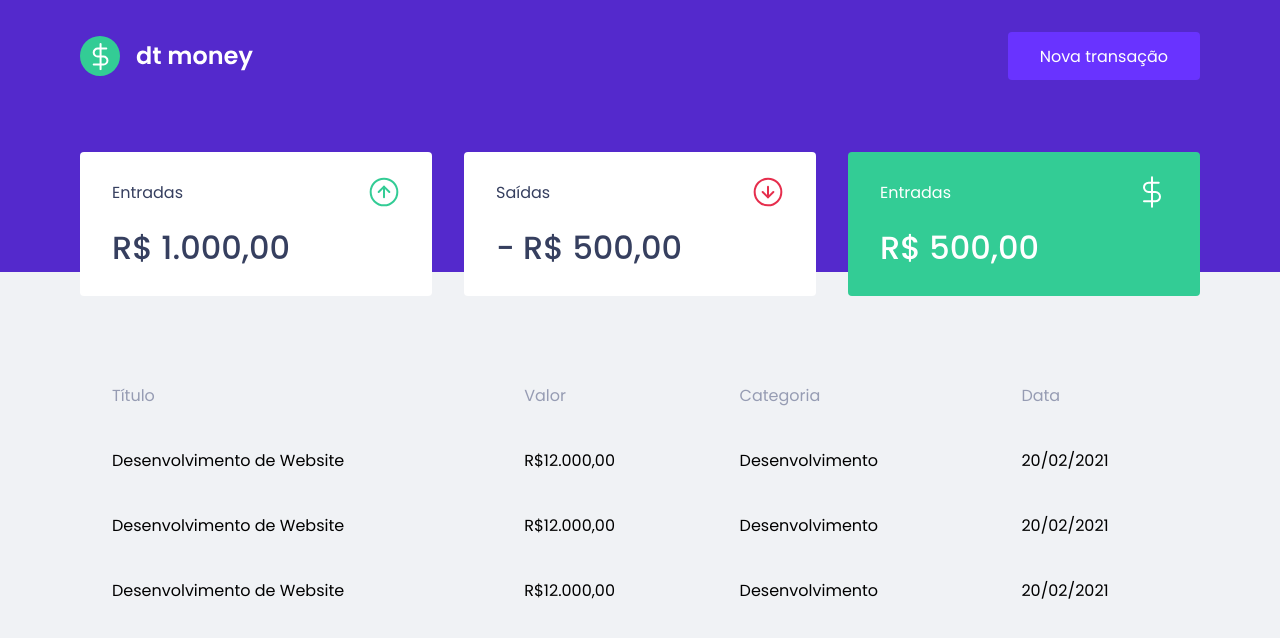
Repository: lucaslopesdevv/dtmoney
Page: /
An editor plug-in stored every save of this project. The page is shown before and after the next save, followed by the edit.
The browser window is 1280 px wide. The pictures show the whole page.
The project was rebuilt for these pictures with package versions that can differ from the ones it lists, and the page was loaded fresh each time.

Above is the page before, as saved 2021-12-06 22:07:15.

### public/index.html
<!DOCTYPE html>
<html lang="en">
  <head>
    <link rel="preconnect" href="https://fonts.googleapis.com">
    <link rel="preconnect" href="https://fonts.gstatic.com" crossorigin>
    <meta charset="utf-8" />
    <meta name="viewport" content="width=device-width, initial-scale=1" />

<Link rel="shortcut icon" href="favicon.png" type="image/png"/>

    <title>Dtmoney</title>
    <link href="https://fonts.googleapis.com/css2?family=Poppins:wght@400;500;600&family=Roboto:wght@400;700&display=swap" rel="stylesheet">


  </head>
  <body>
    <noscript>You need to enable JavaScript to run this app.</noscript>
    <div id="root"></div>
  </body>
</html>

### src/App.tsx

import { Dashboard } from "./components/Header/Dashboard";
import { Header } from "./components/Header/index";
import { GlobalStyle } from "./styles/global";

export function App() {
  return (
    <>
      <Header />
      <Dashboard />
      <GlobalStyle />
    </>
  );
}

### src/components/Header/Dashboard/index.tsx
import { Summary } from '../../Summary';
import { TransactionsTable } from '../../TransactionsTable';

import { Container } from './styles';


export function Dashboard() {
    return (
        <Container>
            <Summary />
            <TransactionsTable/>
        </Container>
    );
}

### src/components/Header/index.tsx
import logoImg from '../../assets/logo.svg';
import { Container, Content } from './styles';

export function Header() {
    return (
        <Container>
            <Content>
                <img src={logoImg} alt="dt money" />
                <button type="button">
                    Nova transação
                </button>
            </Content>
        </Container>
    )
}

### src/styles/global.ts
import { createGlobalStyle } from 'styled-components';

export const GlobalStyle = createGlobalStyle`
:root {
    --background: #F0F2F5;
    --red: #e52e4d;
    --green: #33cc95;
    --blue: #5429cc;
    --blue-light: #6933ff;

    --text-title: #363f5f;
    --text-teste: #969cb3;

    --shape: #ffffff;
}
    *{
        margin: 0;
        padding: 0;
        box-sizing: boder-box;
    }

/*font-size: 16px (Desktop)*/

html {
    @media (max-width: 1080px){
        font-size: 93.75%; /*15px*/
    }

    @media (max-width: 720px){
        font-size: 87.5%; /*14px*/
    }
}

    body {
        background-color: var(--background);
        -webkit-font-smoothing: antialiased;
    }

    body, input, textarea, button {
        font-family: 'Poppins', sans-serif;
        font-weight: 400;
    }

    h1, h2, h3, h4, h5, h6, strong{
        font-weight: 600;
    }

    button{
        cursor: pointer;
    }

    [disabled] {
        opacity: 0.6;
        cursor: not-allowed;
    }


`

### src/components/Summary/index.tsx
import incomeImg from '../../assets/income.svg';
import outcomeImg from '../../assets/outcome.svg';
import totalImg from '../../assets/total.svg';

import { Container } from './styles';

export function Summary() {
    return (
        <Container>
            <div>
                <header>
                    <p>Entradas</p>
                    <img src={incomeImg} alt="Entradas" />
                </header>
                <strong>R$ 1.000,00</strong>
            </div>

            <div>
                <header>
                    <p>Saídas</p>
                    <img src={outcomeImg} alt="Saídas" />
                </header>
                <strong>- R$ 500,00</strong>
            </div>

            <div className="highlight-background">
                <header>
                    <p>Entradas</p>
                    <img src={totalImg} alt="Total" />
                </header>
                <strong>R$ 500,00</strong>
            </div>
        </Container>
    )
}

### src/components/TransactionsTable/index.tsx
import { Container } from "./styles";

export function TransactionsTable(){
    return (
        <Container>
            <table>
                <thead>
                    <tr>
                        <th>Título</th>
                        <th>Valor</th>
                        <th>Categoria</th>
                        <th>Data</th>
                    </tr>
                </thead>
                <tbody>
                    <tr>
                        <td>Desenvolvimento de Website</td>
                        <td>R$12.000,00</td>
                        <td>Desenvolvimento</td>
                        <td>20/02/2021</td>
                    </tr>
                    <tr>
                        <td>Desenvolvimento de Website</td>
                        <td>R$12.000,00</td>
                        <td>Desenvolvimento</td>
                        <td>20/02/2021</td>
                    </tr>
                    <tr>
                        <td>Desenvolvimento de Website</td>
                        <td>R$12.000,00</td>
                        <td>Desenvolvimento</td>
                        <td>20/02/2021</td>
                    </tr>
                </tbody>
            </table>
        </Container>
    );
};

### src/components/Header/Dashboard/styles.ts
import styled from "styled-components";

export const Container = styled.main`

    max-width: 1120px;
    margin: 0 auto;
    padding: 2.5rem 1rem;
`;

### src/components/Header/styles.ts
import styled from 'styled-components';

export const Container = styled.header`
background: var(--blue);

`;

export const Content = styled.div`
    max-width: 1120px;
    margin: 0 auto;

    padding: 2rem 1rem 12rem;
    display: flex;
    align-items: center;
    justify-content: space-between;

button{
    font-size: 1rem;
    color: #FFF;
    background: var(--blue-light);
    border: 0;
    padding: 0 2rem;
    border-radius: 0.25rem;
    height: 3rem;

    transition: filter 0.2s;

    &:hover{
        filter: brightness(0.9);
    }
}
`;

### src/components/Summary/styles.ts
import styled from "styled-components";

export const Container = styled.div`
    display: grid;
    grid-template-columns: repeat(3, 1fr);
    gap: 2rem;
    margin-top: -10rem;

    div {
        background: var(--shape);
        padding: 1.5rem 2rem;
        border-radius: 0.25rem;
        color: var(--text-title);


    header{
        display: flex;
        align-items: center;
        justify-content: space-between;
    }

    strong {
        display: block;
        margin-top: 1rem;
        font-size: 2rem;
        font-weight: 500;
        line-height: 3rem;
    }

    &.highlight-background{
        background: var(--green);
        color: #FFF;
    }
}
`;

### src/components/TransactionsTable/styles.ts
import styled from "styled-components";

export const Container = styled.div`

    margin-top: 4rem;

    table{
        width: 100%;
        border-spacing: 0 0.5rem;
    }

    th{
        color: var(--text-teste);
        font-weight: 400;
        padding: 1rem 2rem;
        text-align: left;
        line-height: 1.5rem;
    }

    td{
        padding: 1rem 2rem;
        border: 0;
    }
`;

Loaded but not shown: src/index.tsx (common file)

After the next save:
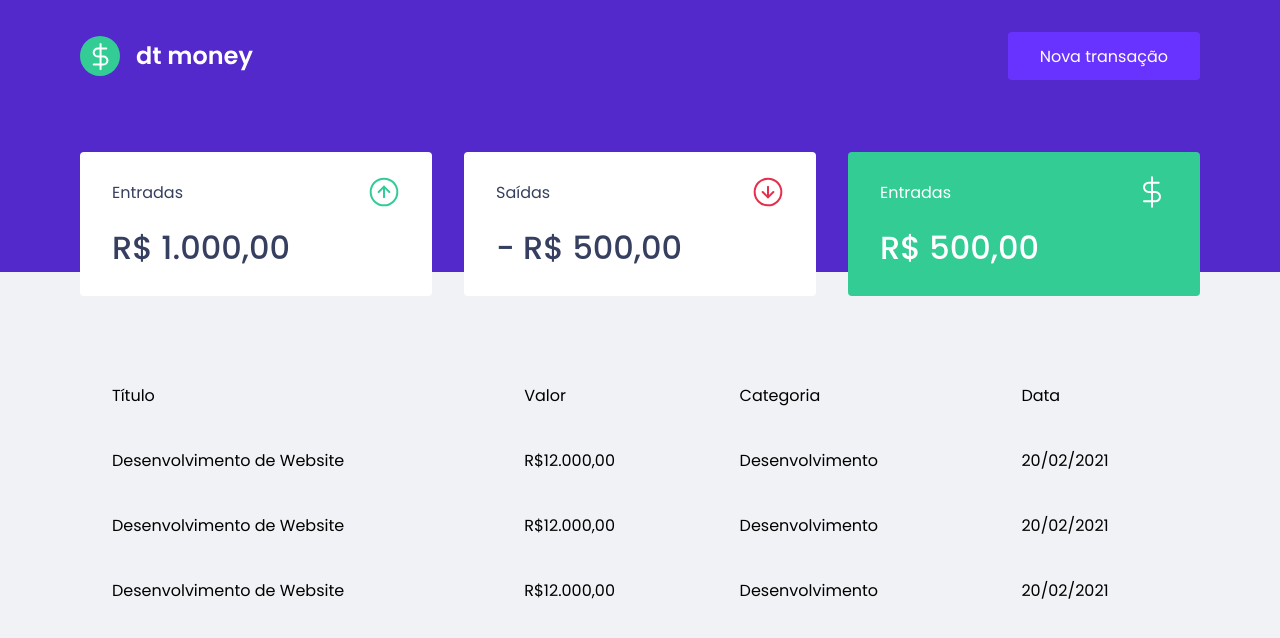
Saved 5 s later.
--- a/src/styles/global.ts
+++ b/src/styles/global.ts
@@ -9,7 +9,7 @@ export const GlobalStyle = createGlobalStyle`
     --blue-light: #6933ff;
 
     --text-title: #363f5f;
-    --text-teste: #969cb3;
+    --text-body: #969cb3;
 
     --shape: #ffffff;
 }

After the save that followed:
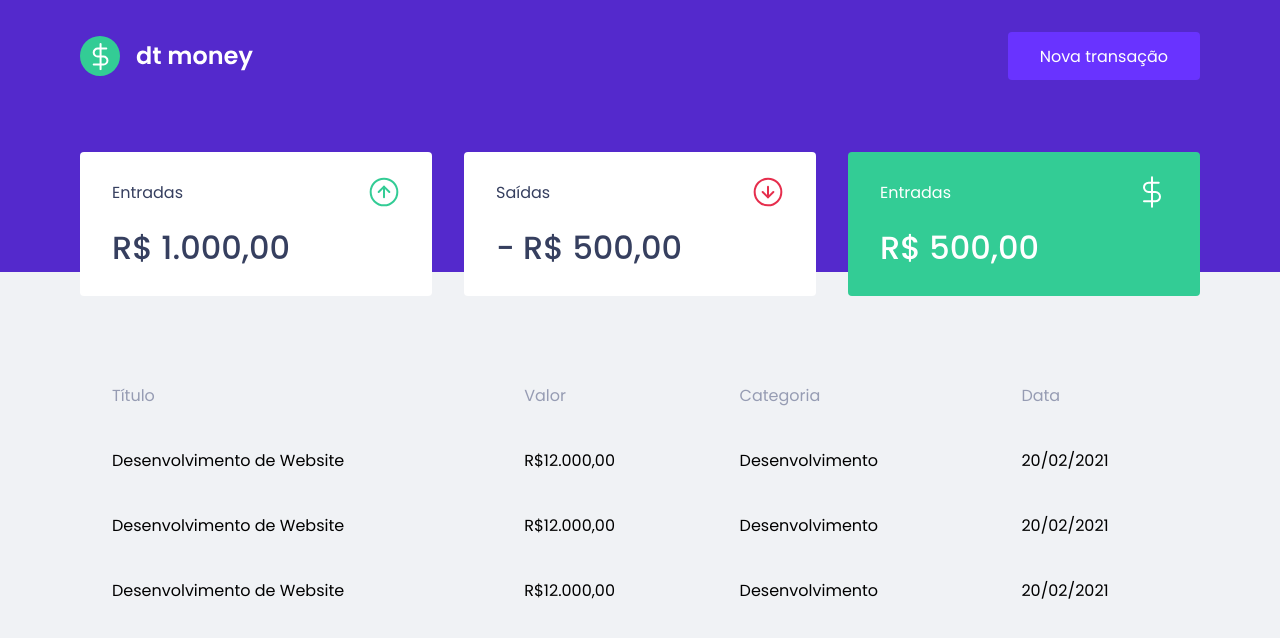
Saved 2 s later.
--- a/src/components/TransactionsTable/styles.ts
+++ b/src/components/TransactionsTable/styles.ts
@@ -10,7 +10,7 @@ export const Container = styled.div`
     }
 
     th{
-        color: var(--text-teste);
+        color: var(--text-body);
         font-weight: 400;
         padding: 1rem 2rem;
         text-align: left;
